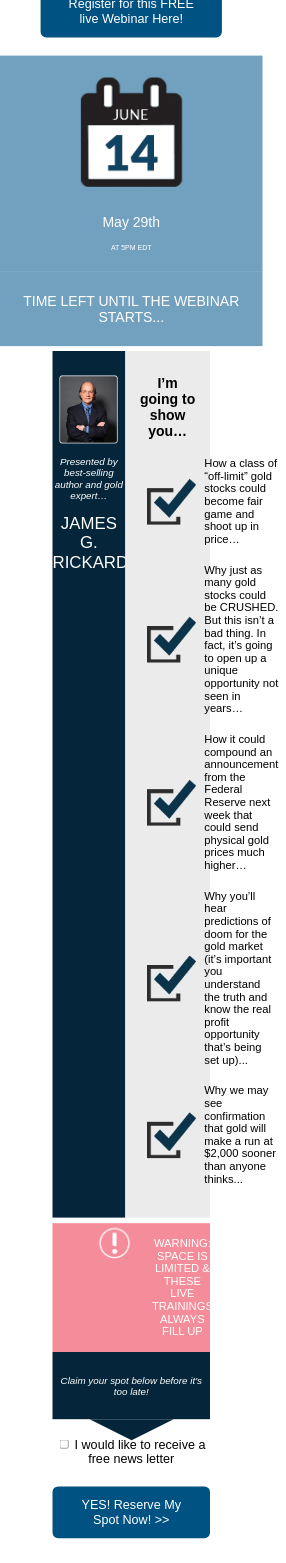
Repository: KrystellBarraza/Test
Page: index.html
An editor plug-in stored every save of this project. The page is shown before and after the next save, followed by the edit.
The browser window is 375 px wide. The page is 409 px wide, so the pictures cover 409 px, including what lies to the right of the window. The pictures show the part of the page from y = 639 to 2879 px (the page is 2872 px tall before and 2879 px after), at 70% of full size.

Above is the page before, as saved 2019-10-07 10:59:54.

### index.html
<!DOCTYPE <!DOCTYPE html>
<!--[if lt IE 7]>      <html class="no-js lt-ie9 lt-ie8 lt-ie7"> <![endif]-->
<!--[if IE 7]>         <html class="no-js lt-ie9 lt-ie8"> <![endif]-->
<!--[if IE 8]>         <html class="no-js lt-ie9"> <![endif]-->
<!--[if gt IE 8]><!--> <html class="no-js"> <!--<![endif]-->
    <head>
        <meta charset="utf-8">
        <meta http-equiv="X-UA-Compatible" content="IE=edge">
        <title>Newsletter Offer</title>
        <meta name="description" content="Newsletter">
        <meta name="viewport" content="width=device-width, initial-scale=1">
        <link href="https://fonts.googleapis.com/css?family=Lato&display=swap" rel="stylesheet">
        <link rel="stylesheet" href="style.css">
    </head>
    <body>
        <div class="container-top">
            <div class="header">
                <p>Best-Selling Author and Gold Expert<br> Jim Rickards’ Presents…</p>
            </div>

            <div class="content">
                <hr style="border: 2px solid #005282">
                <br>

                <h1>“In just days a Never-Before- Seen Gold Anomaly
                    Will Create a Totally New Class of Penny Gold Stocks...
                    <br>
                    <br>
                    I’ve Enlisted One of the World’s Top Geologists
                    to Help Me Reveal... Live on Camera… What This<br>
                    Coming <span class="highlight">Gold Mega-Catalyst</span> Is And How You Could Make
                    as Much as <span class="highlight">$101,000 in Profit</span>.”
                </h1>
                <br>

                <input type="checkbox" name="signup" value="yes"><span style="font-size: 18px; font-family: arial, sans-serif;"> I would like to receive a free news letter</span><br>
                <br>
                <br>
                <div class="button-container">
                    <button class="button button-top"><span style="font-size: 18px; font-family: arial, sans-serif; font-weight: 500;">Register for this FREE <br>live Webinar Here!</span></button>
                </div>
            </div>
        </div>

        <div class="container-middle">
            <div class="blocks blocks-left">
                <img src="images/Calendar.png">
                <br>
                <br>
                <br>
                <p style="color: #fff; font-weight: 500;">May 29th</p>
                <br>
                <span class="time">at 5PM EDT</span>
            </div>

            <div class="blocks blocks-right">
                <p style="color: #fff;">TIME LEFT UNTIL THE WEBINAR STARTS...</p>
            </div>
        </div>

        <div class="container-bottom">
            <div class="block-left">
                <img src="images/JimRickards.png">
                <br>
                <br>
                <p style="color: #fff; font-size: 14px; font-style: italic;">Presented by best-selling author and gold expert…</p>
                <br>
                <p style="color: #fff; font-size: 24px;">JAMES G. RICKARDS</p>
            </div>

            <div class="block-right">
                <p style="text-align: center; font-weight: bold;">I’m going to show you…</p>

                <table>
                    <tr>
                        <td><img src="images/checkmark.png"></td>
                        <td><p style="font-size: 16px;">How a class of “off-limit” gold stocks could become fair game and shoot up in price…</p></td>
                    </tr>

                    <tr>
                        <td><img src="images/checkmark.png"></td>
                        <td><p style="font-size: 16px;">Why just as many gold stocks could be CRUSHED. But this isn’t a bad thing.
                        In fact, it’s going to open up a unique opportunity not seen in years…</p></td>
                    </tr>

                    <tr>
                        <td><img src="images/checkmark.png"></td>
                        <td><p style="font-size: 16px;">How it could compound an announcement from the Federal Reserve next week
                        that could send physical gold prices much higher…</p></td>
                    </tr>

                    <tr>
                        <td><img src="images/checkmark.png"></td>
                        <td><p style="font-size: 16px;">Why you’ll hear predictions of doom for the gold market (it’s important you
                        understand the truth and know the real profit opportunity that’s being set up)...</p></td>
                    </tr>

                    <tr>
                        <td><img src="images/checkmark.png"></td>
                        <td><p style="font-size: 16px;">Why we may see confirmation that gold will make a run at $2,000 sooner than
                        anyone thinks...</p></td>
                    </tr>
                </table>
            </div>

        </div>

        <div class="container-footer">
            <div class="warning">
                <img src="images/exclamation.png" class="exclamation-mark"/>
                <p style="color: #fff; font-size: 16px;" class="warning-text">WARNING: SPACE IS LIMITED & THESE LIVE TRAININGS ALWAYS FILL UP</p>
            </div>

            <div class="claim">
                <p style="color: #fff; font-size: 14px; font-style: italic;">Claim your spot below before it's too late!</p>
            </div>

            <div class="checkbox">
                <input type="checkbox" name="signup" value="yes"><span style="font-size: 18px; font-family: arial, sans-serif;"> I would like to receive a free news letter</span><br>
            </div>

            <div class="closing-button">
                <button class="button button-top"><span style="font-size: 18px; font-family: arial, sans-serif; font-weight: 500;">YES! Reserve My Spot Now! >></span></button>
            </div>

            <div class="footer">
                <br>
                <br>
            </div>
        </div>

        <script src="app.js" async defer></script>
    </body>
</html>

### style.css
* {
    box-sizing: border-box;
}

html {
    scroll-behavior: smooth;
}

body {
    margin: 0;
    background-color: #fff;
}

p {
    font-family: arial, sans-serif;
    color: #000;
    margin: 0;
    font-size: 18px;
}

h1 {
    font-family: "Lato", sans-serif;
    margin: 0;
}

/* Container - Top */

.container-top {
    display: grid;
    grid-template-columns: repeat(12, 1fr);
    grid-template-rows: auto 1fr 1fr;
    grid-gap: 5px;
    grid-column-gap: 20px;
    padding-left: 24%;
    padding-right: 24%;
    padding-top: 2%;
    grid-template-areas:
    "h h h h h h h h h h h h"
    "c c c c c c c c c c c c"
    "c c c c c c c c c c c c"
    "c c c c c c c c c c c c"
    "c c c c c c c c c c c c"
    "c c c c c c c c c c c c"
    "c c c c c c c c c c c c";
}

.header {
    grid-area: h;
    text-align: center;
    line-height: 19pt;
}

.content {
    grid-area: c;
    text-align: center;
}

.highlight {
    color: #005282;
}

.button {
    background-color: #005282;
    border: none;
    color: #fff;
    padding-top: 16px;
    padding-bottom: 16px;
    padding-left: 120px;
    padding-right: 120px;
    border-radius: 8px;
}

.button-container {
    align-content: center;
}

@media screen and (max-width: 415px) {
    .container-top {
        display: grid;
        grid-template-columns: repeat(12, 1fr);
        grid-template-rows: auto 1fr 1fr;
        grid-gap: 5px;
        grid-column-gap: 20px;
        padding-left: 8%;
        padding-right: 8%;
        padding-top: 7%;
        grid-template-areas:
        "h h h h h h h h h h h h"
        "c c c c c c c c c c c c"
        "c c c c c c c c c c c c"
        "c c c c c c c c c c c c"
        "c c c c c c c c c c c c"
        "c c c c c c c c c c c c"
        "c c c c c c c c c c c c";
    }

    p {
        font-size: 15px;
    }

    h1 {
        font-size: 24px;
    }

    .button {
        padding-left: 40px;
        padding-right: 40px;
    }
}

/* Container - Middle */

.container-middle {
    display: grid;
    grid-template-columns: repeat(12, 1fr);
    grid-template-rows: auto 1fr 1fr;
    grid-gap: 5px;
    grid-column-gap: 20px;
    padding-left: 20%;
    padding-right: 20%;
    padding-top: 2%;
    grid-template-areas:
    "l l l l r r r r r r r r"
    "l l l l r r r r r r r r"
    "l l l l r r r r r r r r"
    "l l l l r r r r r r r r"
    "l l l l r r r r r r r r";
}

.blocks {
    background-color: #71a1be;
    color: #fff;
    padding-top: 30px;
    padding-bottom: 30px;
}

.blocks-left {
    grid-area: l;
    text-align: center;
}

.blocks-left > img {
    object-fit: contain;
    width: 40%;
}

.blocks-right {
    grid-area: r;
    text-align: center;
}

.time {
    font-size: 10px!important;
    font-family: arial, sans-serif;
    text-transform: uppercase;
}

@media screen and (max-width: 415px) {
    .container-middle {
        display: grid;
        grid-template-columns: repeat(12, 1fr);
        grid-template-rows: auto 1fr 1fr;
        grid-gap: 0;
        grid-column-gap: 20px;
        padding-left: 0%;
        padding-right: 0%;
        padding-top: 7%;
        grid-template-areas:
        "l l l l l l l l l l l l"
        "l l l l l l l l l l l l"
        "l l l l l l l l l l l l"
        "l l l l l l l l l l l l"
        "l l l l l l l l l l l l"
        "r r r r r r r r r r r r"
        "r r r r r r r r r r r r"
        "r r r r r r r r r r r r"
        "r r r r r r r r r r r r"
        "r r r r r r r r r r r r";
    }

    p {
        font-size: 20px;
    }

    .time {
        font-size: 16px;
    }
}

/* Container - Bottom */

.container-bottom {
    display: grid;
    grid-template-columns: repeat(13, 1fr);
    grid-template-rows: auto 1fr 1fr;
    grid-gap: 5px;
    grid-column-gap: 0px;
    padding-left: 20%;
    padding-right: 20%;
    padding-top: 2%;
    grid-template-areas:
    "b b b b b b g g g g g g g"
    "b b b b b b g g g g g g g"
    "b b b b b b g g g g g g g"
    "b b b b b b g g g g g g g"
    "b b b b b b g g g g g g g";
}

.block-left {
    grid-area: b;
    background-color: #05263a;
    text-align: center;
    padding-top: 35px;
    padding-bottom: 35px;
}

.block-left > img {
    object-fit: contain;
    width: 80%;
}

.block-right {
    grid-area: g;
    background-color: #ebebeb;
    color: #000;
    padding-top: 35px;
    padding-bottom: 35px;
    padding-left: 20px;
    padding-right: 20px;
}

td {
    padding-top: 15px;
}

table {
    border-spacing: 10px 10px;
}

/* Container - Footer */

.container-footer {
    display: grid;
    grid-template-columns: repeat(12, 1fr);
    grid-template-rows: auto 1fr 1fr;
    grid-column-gap: 20px;
    padding-left: 20%;
    padding-right: 20%;
    padding-top: 2%;
    grid-template-areas:
    "p p p p p p p p p p p p"
    "n n n n n n n n n n n n"
    "w w w w w w w w w w w w"
    "s s s s s s s s s s s s"
    "f f f f f f f f f f f f";
}

.warning {
    grid-area: p;
    background-color: #f58c99;
    text-align: center;
    align-content: center;
    padding-left: 60px;
    padding-right: 60px;
    display: flex;
}

.exclamation-mark {
    width: 45px;
    height: 45px;
    margin: 6px;
}

.warning-text {
    padding-top: 20px;
    padding-left: 25px;
    padding-bottom: 20px;
}

.claim {
    grid-area: n;
    background-color: #05263a;
    text-align: center;
    padding-top: 32px;
    padding-bottom: 32px;
    position: relative;
}

.claim::after {
    content:'';
    position: absolute;
    top: 100%;
    left: 0;
    right: 0;
    margin: 0 auto;
    width: 0;
    height: 0;
    border-top: solid 30px #05263a;
    border-left: solid 60px transparent;
    border-right: solid 60px transparent;
}

.checkbox {
    grid-area: w;
    text-align: center;
    padding-top: 26px;
    padding-bottom: 26px;
}

.closing-button {
    grid-area: s;
    text-align: center;
}

.footer {
    grid-area: f;
}

Loaded but not shown: app.js (no stored copy; drawn as an empty file)

After the next save:
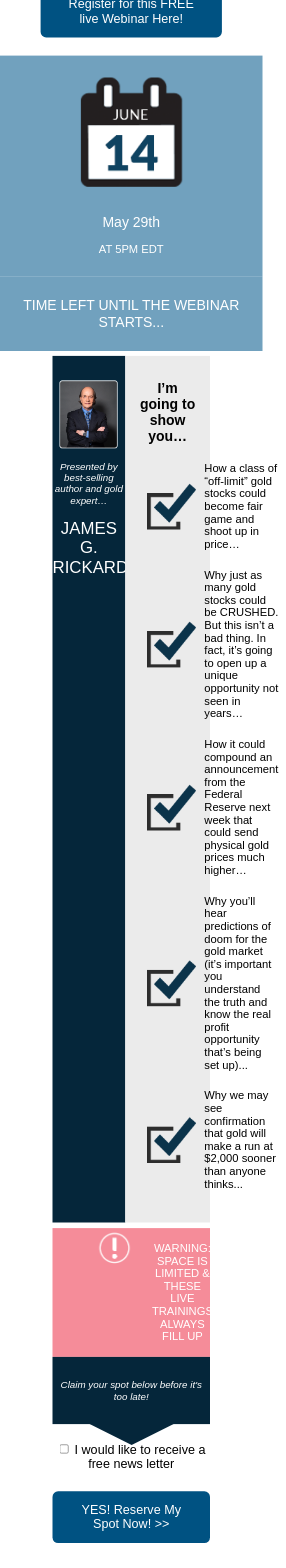
Saved 32 s later.
--- a/style.css
+++ b/style.css
@@ -183,7 +183,7 @@
     }
 
     .time {
-        font-size: 16px;
+        font-size: 16px!important;
     }
 }
 
